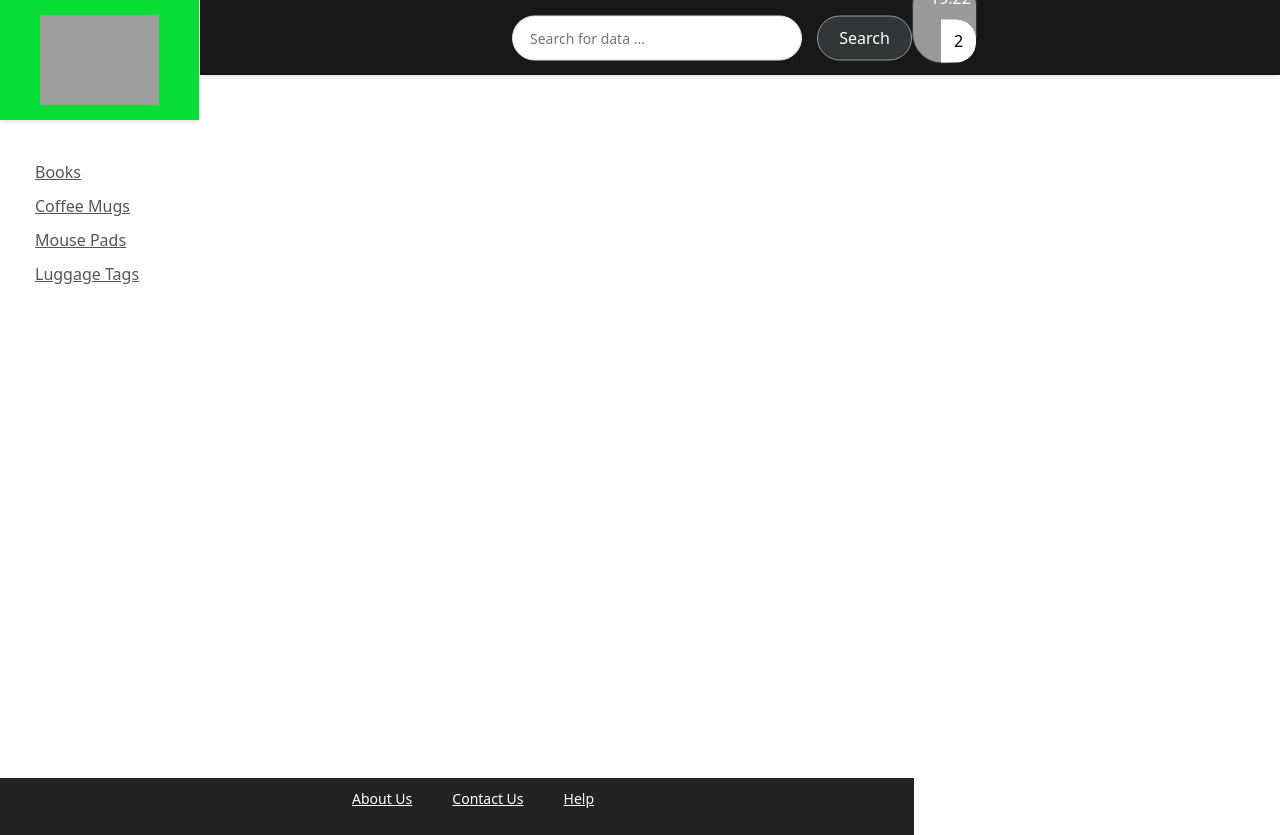
Repository: mustafa-alperen-yilmaz/e-commerce-app
Page: / (app in ecommerceangular/)
An editor plug-in stored every save of this project. The page is shown before and after the next save, followed by the edit.
The browser window is 1280 px wide. The pictures show the whole page.
Pictures or frames that could not be fetched are drawn as grey boxes. The page's requests for data from a server got no answer. The project was rebuilt for these pictures with package versions that can differ from the ones it lists, and the page was loaded fresh each time. No one was signed in, and anything a server would have sent is missing. Also part of the build but not shown: ecommerceangular/angular.json.

Above is the page before, as saved 2023-03-08 02:50:48.

After the next save:
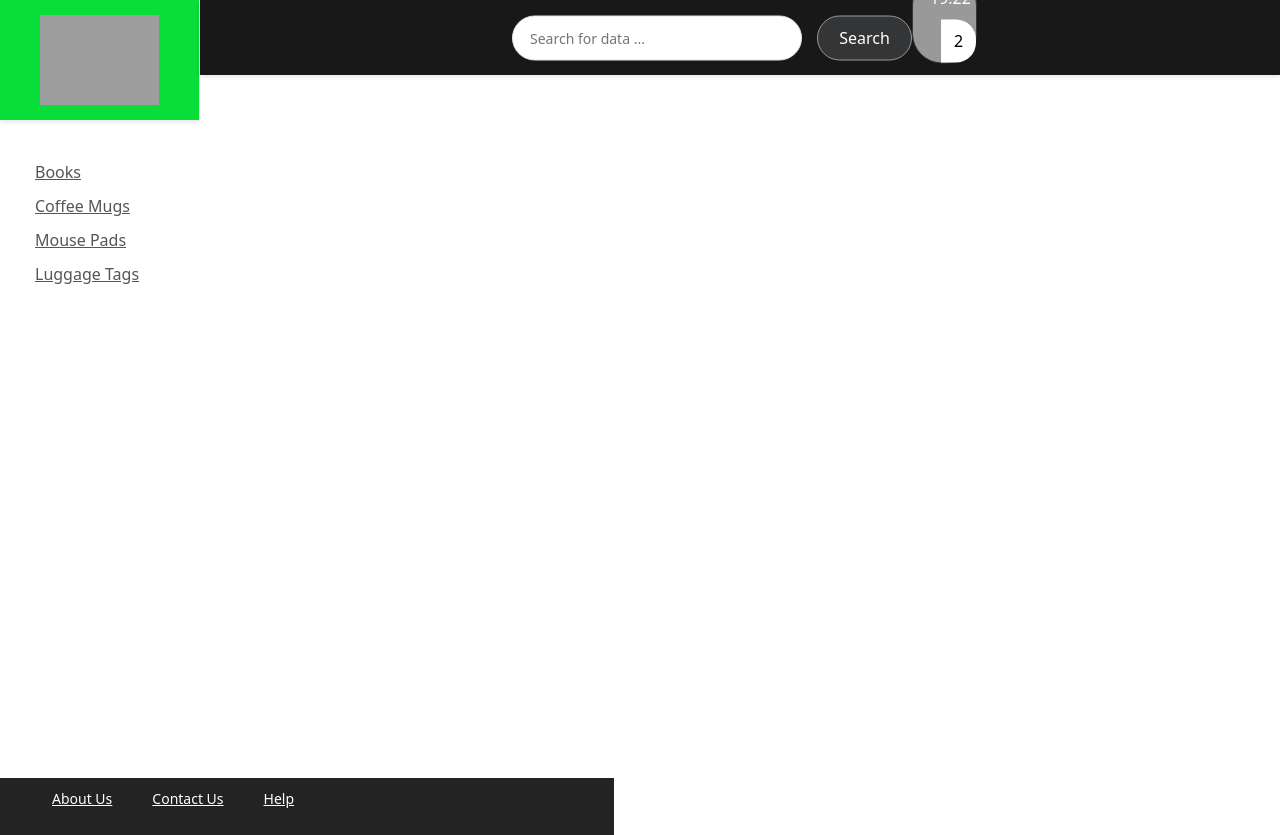
Saved 10 s later.
--- a/ecommerceangular/src/styles.css
+++ b/ecommerceangular/src/styles.css
@@ -762,7 +762,7 @@ footer{
   z-index:1;
   position:absolute;
   text-align:center;
-  padding:0px 300px 0px 300px;
+  padding:0px 300px 0px 0px;
 }
 footer li a{
   color:#313131;
